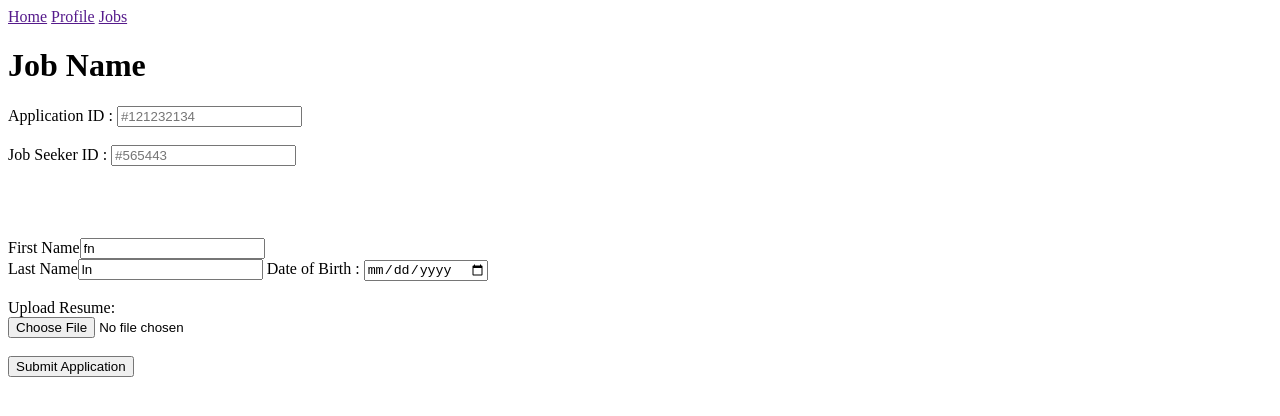
Repository: IT21221064/JobPortal
Page: http://localhost/JobApp/addProfile.jsp
An editor plug-in stored every save of this project. The page is shown before and after the next save, followed by the edit.
The browser window is 1280 px wide. The pictures show the whole page.
The page is served by Tomcat 9.

Above is the page before, as saved 2023-07-15 17:27:12.

After the next save:
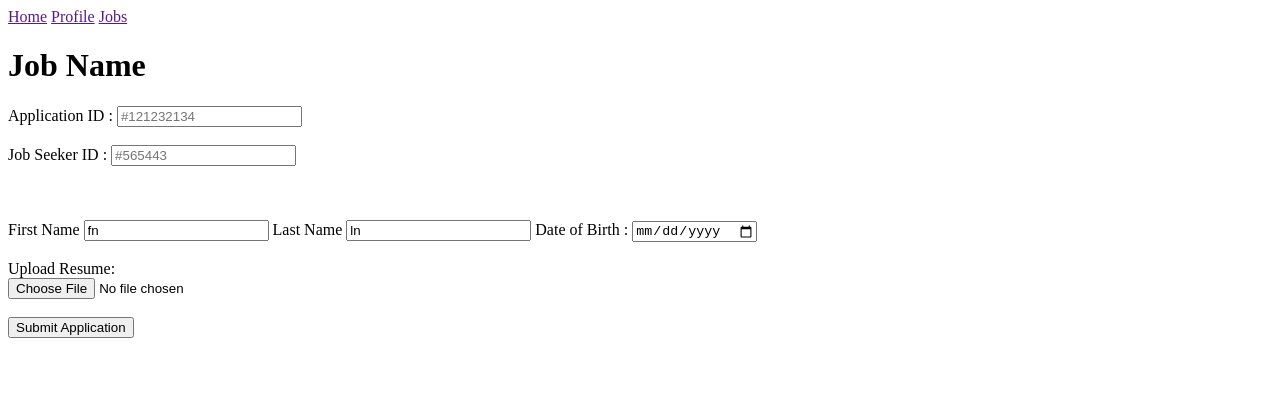
Saved 3 min 21 s later.
--- a/Project/JobApp/src/main/webapp/addProfile.jsp
+++ b/Project/JobApp/src/main/webapp/addProfile.jsp
@@ -23,19 +23,12 @@
 <br><br>
 
 
-              <div class="col-md-4"></div>
-            </div>
-                <br>
-            <form method="post" action="ProfileServlet">
-             <div class="row">
-              <div class="col-md-6 form-group">
-              <input value="id" type="hidden" name="user_id"/>
-                <label>First Name</label
-                ><input name="fname" value="fn " class="form-control" placeholder="First Name" />
-              </div>
-              <div class="col-md-6">
-                <label>Last Name</label
-                ><input name="lname"  value="ln" class="form-control" placeholder="Last Name" />
+ <input value="id" type="hidden" name="user_id"/>
+                <label>First Name</label>
+                <input name="fname" value="fn " class="form-control" placeholder="First Name" />
+
+                <label>Last Name</label>
+                <input name="lname"  value="ln" class="form-control" placeholder="Last Name" />
 <label for ="dob">Date of Birth : </label>
 <input type="date" name="dob" id="dob"><br><br>
 
